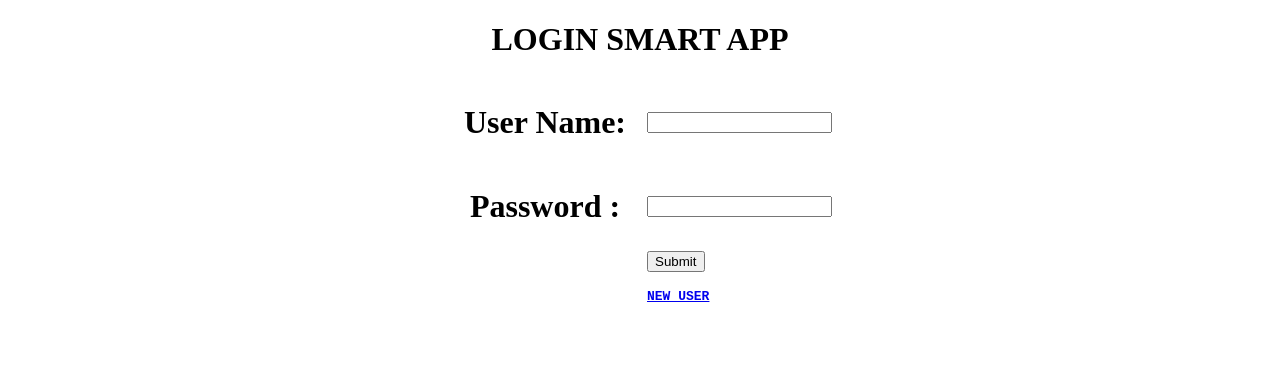
Repository: ishaan001/Smart-Tourist-App
Page: SmartTouristApp/WebContent/Front.html
The author's editor kept a copy of each file at every save. The page is drawn from the files as they stood at one save, then again after the next save.
The browser window is 1280 px wide. The pictures show the whole page.

Above is the page before, as saved 2017-09-23 08:26:31.

After the next save:
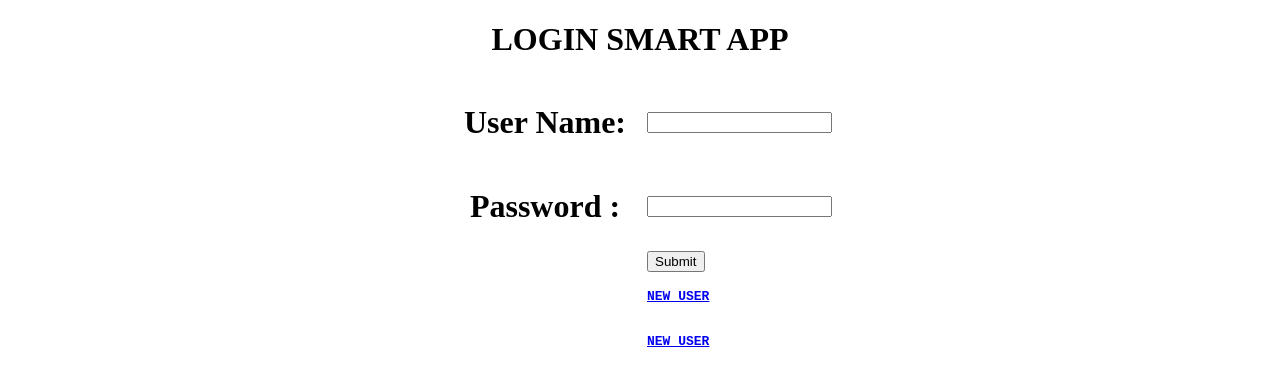
Saved 7 min 22 s later.
--- a/SmartTouristApp/WebContent/Front.html
+++ b/SmartTouristApp/WebContent/Front.html
@@ -42,6 +42,10 @@ else if(password==null || password==""){
   	<td>&nbsp;</td>
     <td><pre><a href="Register_smartApp.html"><strong>NEW USER</strong></a></pre></td>
   </tr>
+  <tr>
+  	<td>&nbsp;</td>
+    <td><pre><a href="Forget_pass_SmartApp.html"><strong>NEW USER</strong></a></pre></td>
+  </tr>
  </table>
 </form>
 
